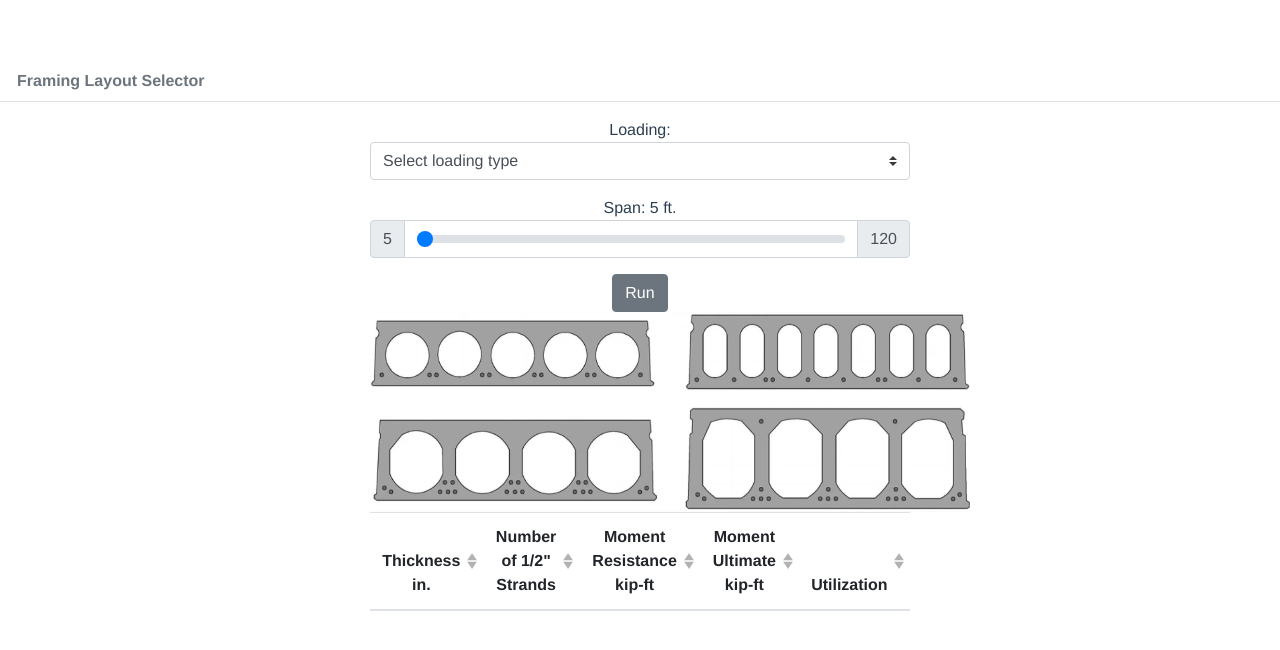
Repository: kanwarjohal/framingconceptclient
Page: /
These files come from the project's save history. The page is drawn as it stood at one moment and after the next save; the edit follows.
The browser window is 1280 px wide. The pictures show the whole page.
The page's requests for data from a server got no answer. The project was rebuilt for these pictures with package versions that can differ from the ones it lists, and the page was loaded fresh each time. No one was signed in, and anything a server would have sent is missing.

Above is the page before, as saved 2020-04-10 18:35:33.

After the next save:
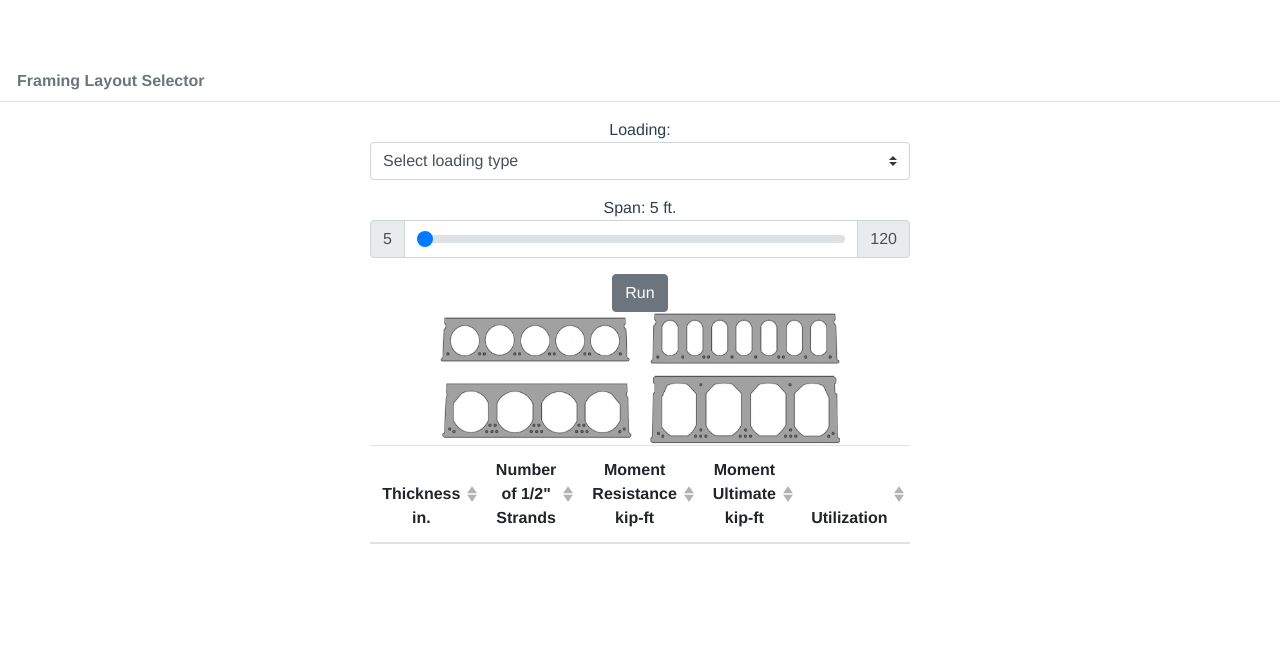
Saved 14 s later.
--- a/src/components/LoadingType.vue
+++ b/src/components/LoadingType.vue
@@ -29,7 +29,7 @@
         <b-button v-on:click="postPost">Run</b-button>
     </div>
     <div>
-        <b-img center src="hollowcoresections.png" alt="Center image" width="600" height="200"></b-img>
+        <b-img center src="hollowcoresections.png" alt="Center image" width="400" height="133"></b-img>
     </div>
     <div>
     <b-table striped hover :items="hollowcoreitems" :fields="fields"></b-table>
